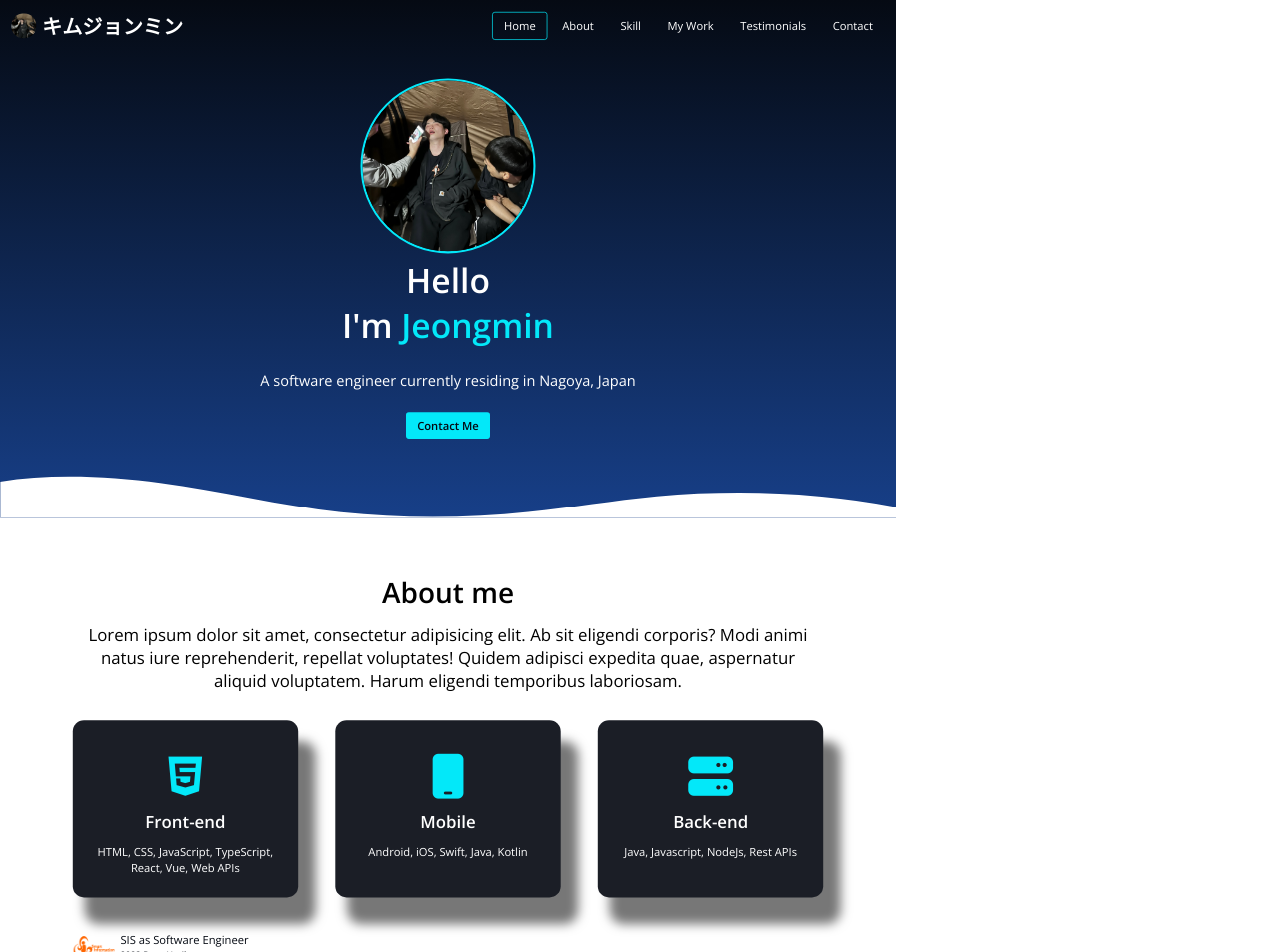
Repository: N1C0N1C0/Portfolio
Page: index.html
The author's editor kept a copy of each file at every save. The page is drawn from the files as they stood at one save, then again after the next save.
The browser window is 1280 px wide. The page is 1819 px wide, so the pictures cover 1819 px, including what lies to the right of the window. The pictures show the part of the page from y = 0 to 1360 px (the page is 4463 px tall), at 70% of full size.
Some web libraries are served in a nearby version.

Above is the page before, as saved 2024-01-03 23:25:02.

After the next save:
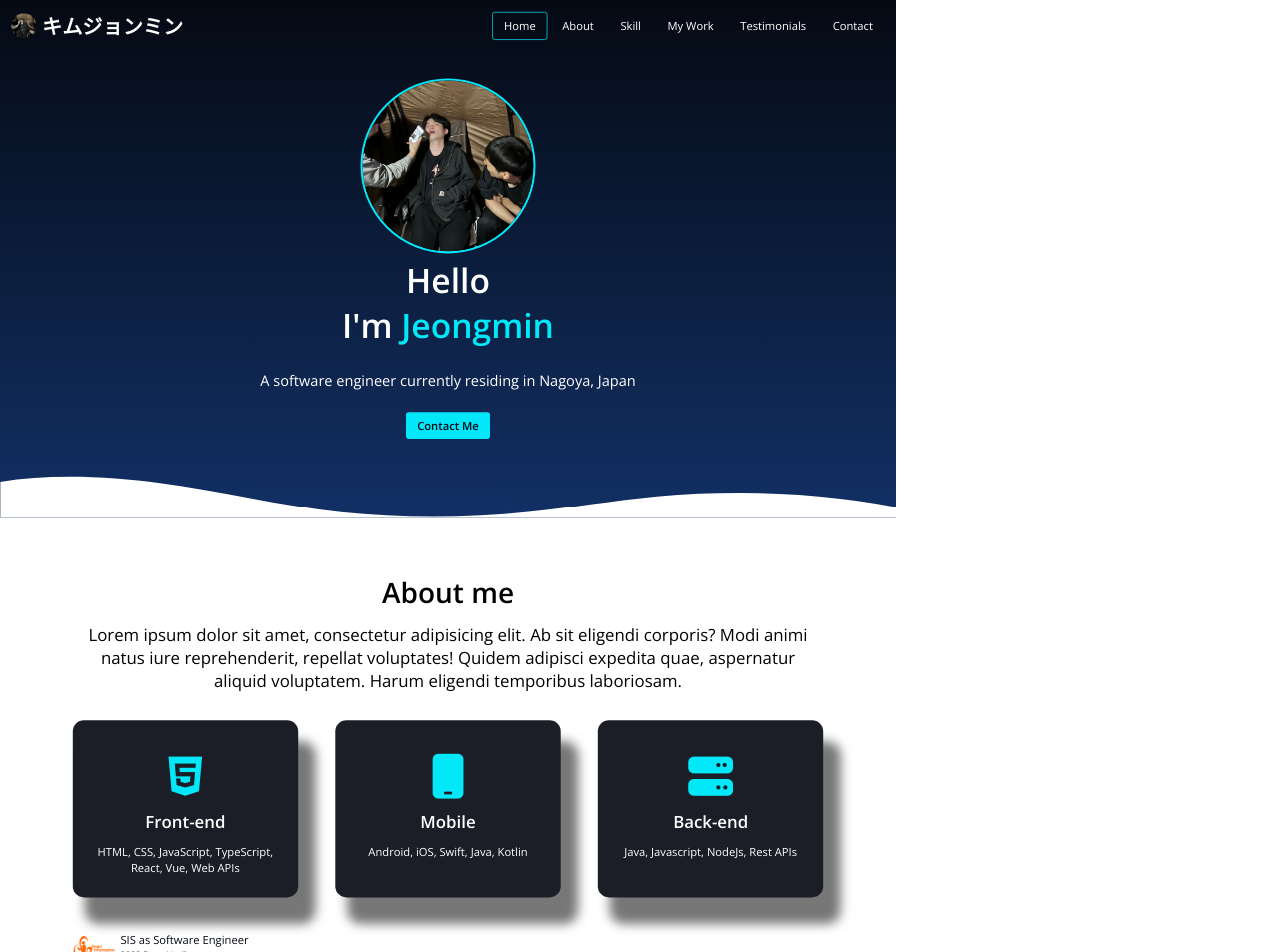
Saved 24 s later.
--- a/css/style.css
+++ b/css/style.css
@@ -8,7 +8,7 @@
     --color-text: var(--color-white);
 
     /* Background */
-    --home-bg-gradient : linear-gradient(180deg, rgba(5,10,19,1) 0%, rgba(23,63,136,1) 100%);
+    --home-bg-gradient : linear-gradient(180deg, rgba(5,10,19,1) 0%, rgba(18,48,101,1) 100%);;
 
     /* Colors */
     --color-white : #ffffff;
